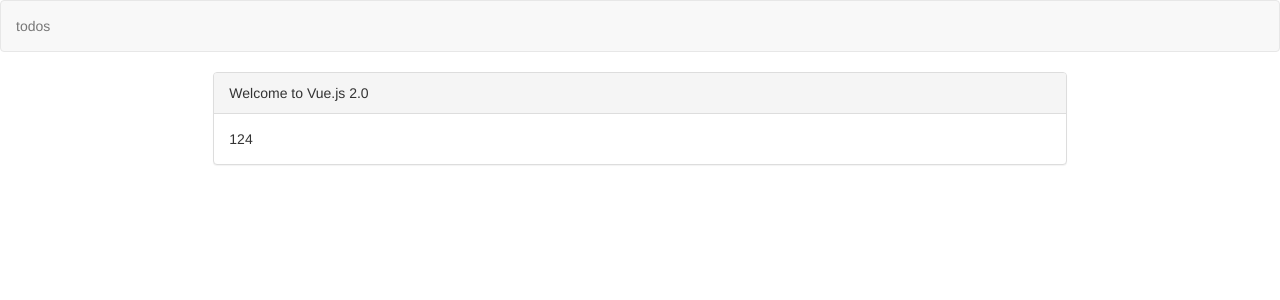
Repository: myr1111/todo
Page: Todoapp/index.html
An editor plug-in stored every save of this project. The page is shown before and after a run of saves, followed by the edit.
The browser window is 1280 px wide. The pictures show the whole page.

Above is the page before, as saved 2019-04-01 08:09:05.

### Todoapp/index.html
<!DOCTYPE html>
<html lang="en">
<head>
    <meta charset="UTF-8">
    <meta name="viewport" content="width=device-width, initial-scale=1.0">
    <meta http-equiv="X-UA-Compatible" content="ie=edge">
    <title>Document</title>
    <link rel="stylesheet" href="bootstrap.min.css">
    <script src="vue.min.js"></script>
</head>
<body>
    <nav class="navbar navbar-default">
        <p class="navbar-text">todos</p>
    </nav>
    <div class="container col-md-8 col-md-offset-2">
        <div class="row">
            <div class="panel panel-default">
                <div class=" panel-heading">Welcome to Vue.js 2.0</div>
                <div class="panel-body">
                    124
                </div>
            </div>
        </div>
    </div>

</body>
</html>

Loaded but not shown: Todoapp/bootstrap.min.css (library); Todoapp/vue.min.js (library)

After the next 2 saves:
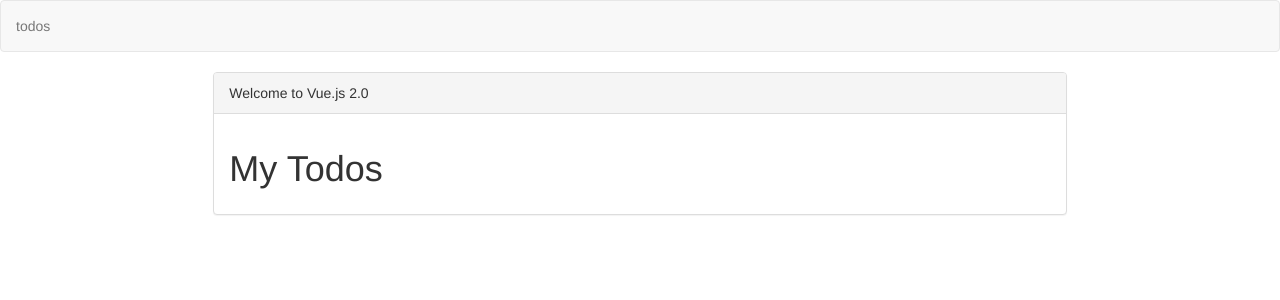
The 2 saves are shown as one change because they came seconds apart.
The last was saved 38 s later.
--- a/Todoapp/index.html
+++ b/Todoapp/index.html
@@ -17,7 +17,7 @@
             <div class="panel panel-default">
                 <div class=" panel-heading">Welcome to Vue.js 2.0</div>
                 <div class="panel-body">
-                    124
+                    <h1>My Todos</h1>
                 </div>
             </div>
         </div>
